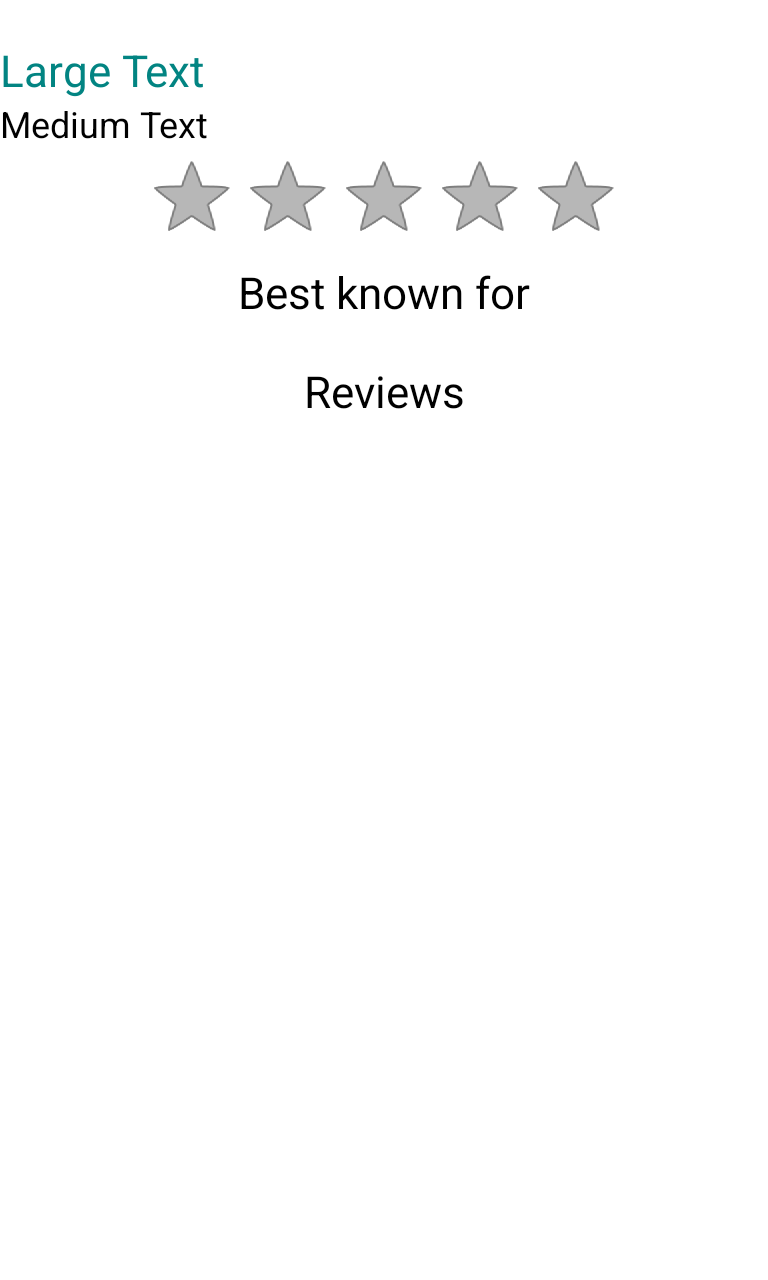
Repository: yash256/atnt
Layout: Farmdroid/res/layout/market_details.xml
The author's editor kept a copy of each file at every save. The layout is drawn from the files as they stood at one save, then again after the next save.
It is drawn on a 768 x 1280 px phone screen (xhdpi) without system bars, with theme AppTheme; the app's code is not run. Lists and similar views that code fills are empty.

Above is the layout before, as saved 2014-11-10 05:51:13.

### Farmdroid/res/layout/market_details.xml
<?xml version="1.0" encoding="utf-8"?>
<RelativeLayout xmlns:android="http://schemas.android.com/apk/res/android"
    android:layout_width="match_parent"
    android:layout_height="match_parent"
    android:orientation="vertical" >

<GridLayout
    android:id="@+id/gridLayout1"
    android:layout_width="match_parent"
    android:layout_height="wrap_content"
    android:columnCount="8"
    android:orientation="horizontal" >

    <Space
        android:layout_height="20dp"
        android:layout_columnSpan="8" />

    <TextView
        android:id="@+id/market_name"
        android:layout_columnSpan="6"
        android:layout_row="0"
        android:text="Large Text"
        android:textAppearance="?android:attr/textAppearanceLarge"
        android:textColor="#028482" />

    <TextView
        android:id="@+id/market_address"
        android:layout_row="1"
        android:layout_columnSpan="8"
        android:text="Medium Text"
        android:textAppearance="?android:attr/textAppearanceMedium" />

    <RatingBar
        android:id="@+id/ratingBar1"
        android:layout_row="2"
        android:layout_columnSpan="8"
        android:layout_gravity="center_horizontal"
        />

    <TextView
        android:id="@+id/top_items_header"
        android:layout_columnSpan="8"
        android:layout_gravity="center_horizontal"
        android:layout_row="3"
        android:text="@string/top_items_header_text"
        android:textAppearance="?android:attr/textAppearanceLarge" />

    <LinearLayout
        android:id="@+id/top_items"
        android:layout_gravity="center_horizontal"
        android:layout_row="4"
        android:orientation="horizontal"
        android:layout_width="wrap_content"
    android:layout_height="wrap_content" >
    </LinearLayout>
	<Space
        android:layout_height="20dp"
        android:layout_columnSpan="8" />
	<TextView
        android:id="@+id/reviews_header"
        android:layout_columnSpan="8"
        android:layout_gravity="center_horizontal"
        android:layout_row="3"
        android:text="@string/reviews_header"
        android:textAppearance="?android:attr/textAppearanceLarge" />
    <ListView
        android:id="@+id/android:list"
        android:layout_width="match_parent"
        android:layout_height="wrap_content"
        android:layout_columnSpan="8"
        android:layout_row="6" >
    </ListView>



</GridLayout>

</RelativeLayout>

### Farmdroid/res/values/strings.xml
<?xml version="1.0" encoding="utf-8"?>
<resources>

    <string name="app_name">Farmdroid</string>
    <string name="hello_world">Hello world!</string>
    <string name="action_settings">Settings</string>
    <string name="username">username</string>
    <string name="rating">Rating</string>
    <string name="review_text">review text</string>
    <string name="title_activity_main">MainActivity</string>
    <string name="top_items_header_text">Best known for</string>
    <string name="reviews_header">Reviews</string>

</resources>

Loaded but not shown: Farmdroid/res/values/styles.xml (common file); Farmdroid/res/values-v11/styles.xml (common file); Farmdroid/res/values-v14/styles.xml (common file)

After the next save:
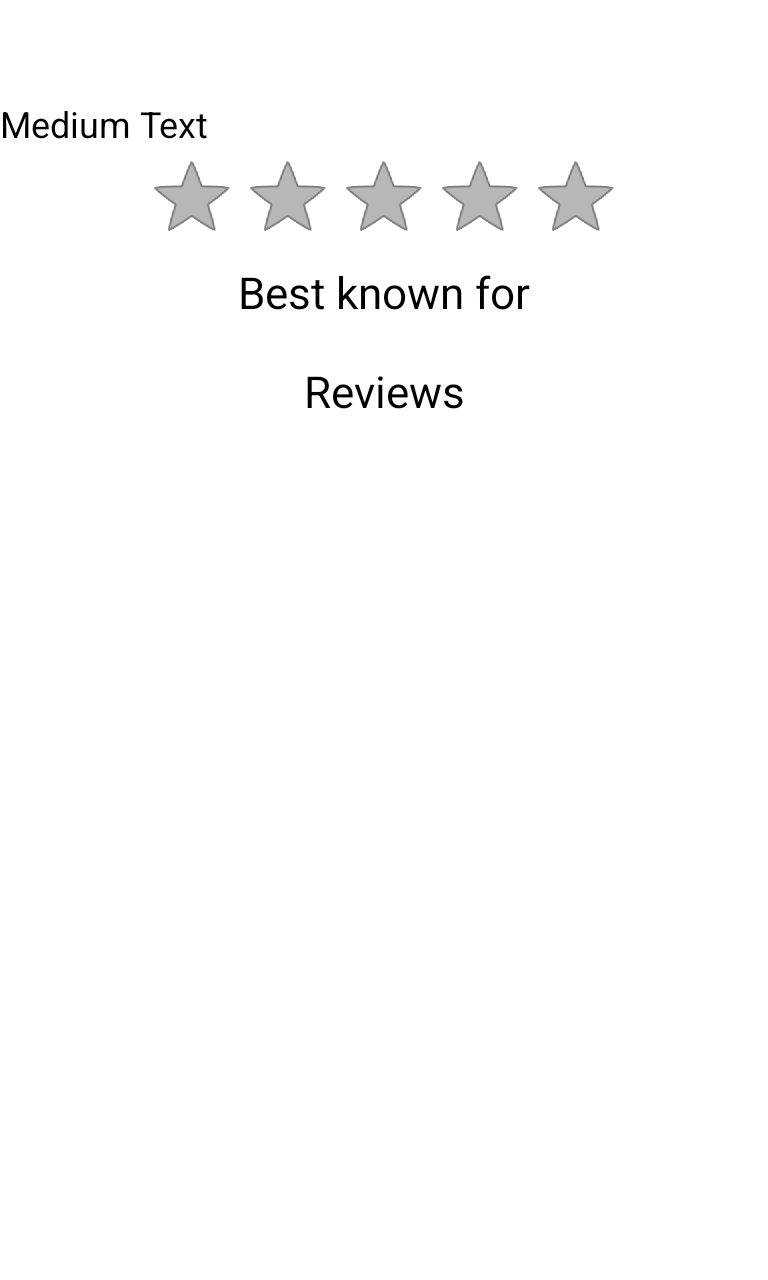
Saved 91 s later.
--- a/Farmdroid/res/layout/market_details.xml
+++ b/Farmdroid/res/layout/market_details.xml
@@ -21,7 +21,7 @@
         android:layout_row="0"
         android:text="Large Text"
         android:textAppearance="?android:attr/textAppearanceLarge"
-        android:textColor="#028482" />
+        android:textColor="#14214" />
 
     <TextView
         android:id="@+id/market_address"
